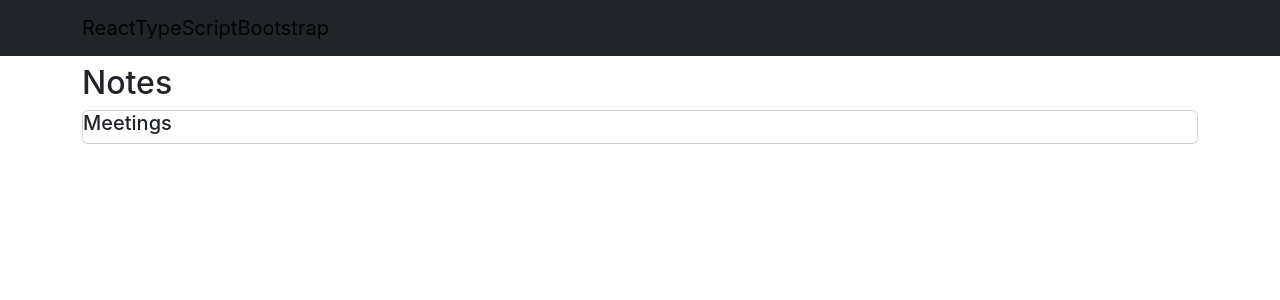
Repository: OmniaRafat232111121/notes
Page: /
The author's editor kept a copy of each file at every save. The page is drawn from the files as they stood at one save, then again after a run of saves.
The browser window is 1280 px wide. The pictures show the whole page.
The project was rebuilt for these pictures with package versions that can differ from the ones it lists, and the page was loaded fresh each time. Also part of the build but not shown: src/App.css.

Above is the page before, as saved 2022-09-08 02:17:27.

### public/index.html
<!DOCTYPE html>
<html lang="en">
  <head>
    <meta charset="utf-8" />
    <link rel="icon" href="%PUBLIC_URL%/favicon.ico" />
    <meta name="viewport" content="width=device-width, initial-scale=1" />
    <meta name="theme-color" content="#000000" />
    <meta
      name="description"
      content="Web site created using create-react-app"
    />
    <link rel="apple-touch-icon" href="%PUBLIC_URL%/logo192.png" />
    <link
    rel="stylesheet"
    href="https://cdn.jsdelivr.net/npm/bootstrap@5.2.0-beta1/dist/css/bootstrap.min.css"
    integrity="sha384-0evHe/X+R7YkIZDRvuzKMRqM+OrBnVFBL6DOitfPri4tjfHxaWutUpFmBp4vmVor"
    crossorigin="anonymous"
  />
    <link rel="manifest" href="%PUBLIC_URL%/manifest.json" />
    <title>React App</title>
  </head>
  <body>
    <noscript>You need to enable JavaScript to run this app.</noscript>
    <div id="root"></div>
  </body>
</html>

### src/App.tsx
import React,{useState} from 'react';
import './App.css';
import Header from './components/Header';
import NotesList from './components/NotesList';
import {Note} from "./modals/note.model"
import {Container,Row,Col} from 'react-bootstrap';
function App() {
  const [notes,setNotes]=useState<Note[]>([{
   id:(new Date).toString(),
   title:"Meetings",
   text:"Scheduling meeting with UI/UX Team is most important",
   color:'#dfdfdf',
   date:(new Date).toString()
  }]);

  return (
   <>
   <Header/>
   <Container className="mt-5">
    <Row>
      <Col>
      <NotesList notes={notes}/>
      </Col>
    </Row>
   </Container>
   </>
  );
}

export default App;

### src/components/Header.tsx
import * as React from 'react';
import { Navbar,Container } from 'react-bootstrap';

interface IHeaderProps {
}

const Header: React.FunctionComponent<IHeaderProps> = (props) => {
    return (
    <Navbar fixed="top" bg="dark" >
    <Container>
        <Navbar.Brand>
            ReactTypeScriptBootstrap
        </Navbar.Brand>
    </Container>
    </Navbar>
    );
};

export default Header;

### src/components/NotesList.tsx
import * as React from 'react';
import Notes from './Notes';
import { Note } from '../modals/note.model';

interface INotesListProps {
    notes: Note[],

}

const NotesList: React.FC<INotesListProps> = ({ notes}) => {
    const renderNotes = ():JSX.Element[] => {
        return notes.map(note => {
            return <Notes key={note.id} note={note} />
        })
    }
    return (
        <>
            <h2 className="mt-3">Notes</h2>
            <div>{ renderNotes() }</div>
        </>
  );
};

export default NotesList;

### src/components/Notes.tsx
import * as React from 'react';
import {Card} from 'react-bootstrap'
import {Note} from '../modals/note.model'
interface INotesProps {
    note:Note
}

const Notes: React.FunctionComponent<INotesProps> = ({note}) => {
  return (
<div className="mb-3">
     <Card>
        <Card.Title>
            {note.title}
        </Card.Title>
     </Card>

</div>
  );
};

export default Notes;

Loaded but not shown: src/index.tsx (common file); src/index.css (common file); src/reportWebVitals.ts (common file)

After the next 34 saves:
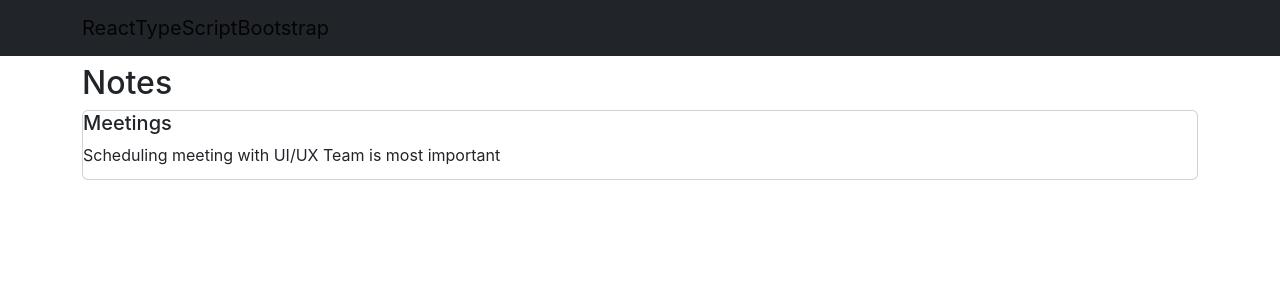
The 34 saves are shown as one change because 4 did not build or start and some came seconds apart.
The last was saved 87 s later.
--- a/src/components/Notes.tsx
+++ b/src/components/Notes.tsx
@@ -12,6 +12,12 @@ const Notes: React.FunctionComponent<INotesProps> = ({note}) => {
         <Card.Title>
             {note.title}
         </Card.Title>
+        <Card.Text>
+            {note.text}
+        </Card.Text>
+        <Card.Subtitle className="text-muted">
+
+        </Card.Subtitle>
      </Card>
 
 </div>
